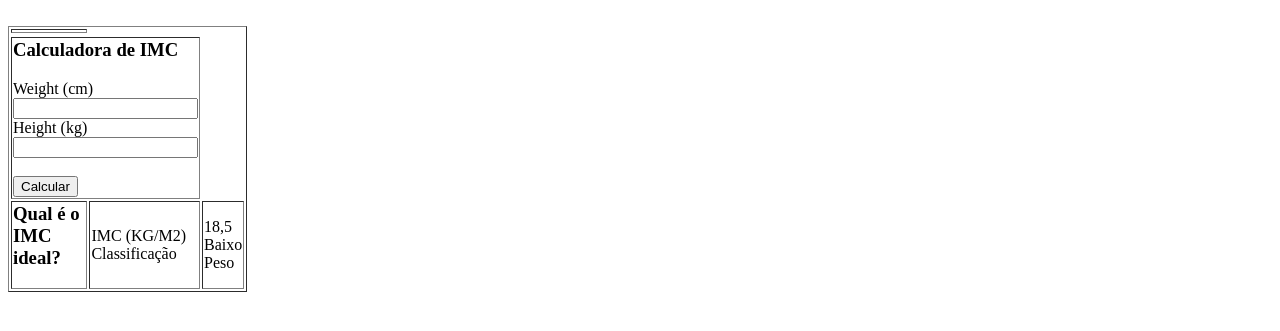
Repository: Patriciamativi/Projetos
Page: index.html
The author's editor kept a copy of each file at every save. The page is drawn from the files as they stood at one save, then again after a run of saves.
The browser window is 1280 px wide. The pictures show the whole page.

Above is the page before, as saved 2022-11-21 15:25:21.

### index.html
<html>
    <head>
        <title>Calculadora de IMC</title>
        <meta charset="utf-8"/>

        <style type="text/css">

            p {
                /*border: 5px groove rgb(168, 50, 247);*/
                border-radius: 5px;
                width: 217px;
            }
            td {

                /*background-color: rgb(216, 166, 240);*/
            }

        </style>
    </head>
   <p>
<table border="1">
    <body>
            <th><tr></tr><td colspan="2" > <h3>Calculadora de IMC</h3>

            Weight (cm)<br/>
            <input type: "number" > </br>

            Height (kg)<br/>
            <input type: "number" > </br> </br>

            <input type= "submit" value="Calcular"> </td>
            </tr> </th>

            <td> <h3>Qual é o IMC ideal?</h3></td>

                <td>IMC (KG/M2)  Classificação</td> </br>
                <td> 18,5            Baixo Peso </td>


    </table>
</p>
        </body>
</html>

After the next 2 saves:
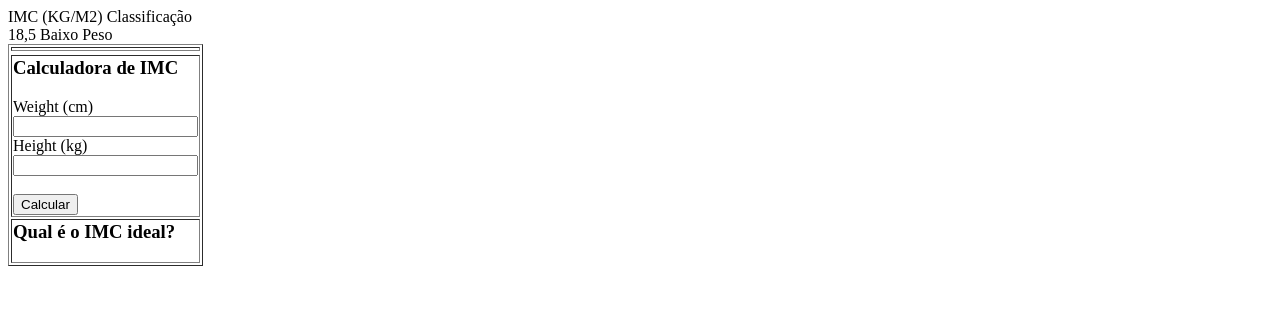
The 2 saves are shown as one change because they came seconds apart.
The last was saved 16 s later.
--- a/index.html
+++ b/index.html
@@ -33,8 +33,8 @@
 
             <td> <h3>Qual é o IMC ideal?</h3></td>
 
-                <td>IMC (KG/M2)  Classificação</td> </br>
-                <td> 18,5            Baixo Peso </td>
+                IMC (KG/M2)  Classificação</td> </br>
+                18,5            Baixo Peso </td>
 
 
     </table>
